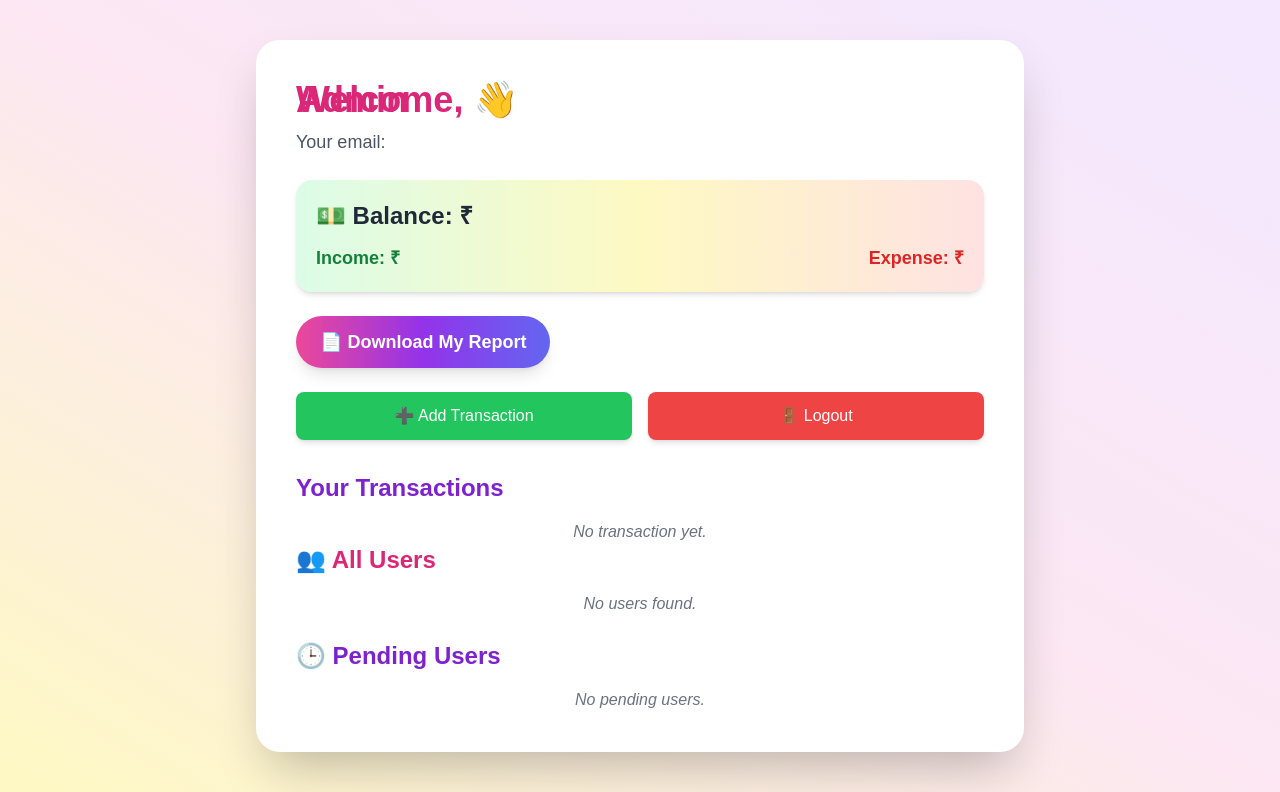
Repository: student-samratojha/ExpenseTrackerApp
Page: views/adminDash.ejs
These files come from the project's save history. The page is drawn as it stood at one moment and after the next save; the edit follows.
The browser window is 1280 px wide. The pictures show the whole page.
Some web libraries are served in a nearby version. The page is served by the project's Node server (app.js). Other server files are loaded and not shown. The template is opened directly, without the code that normally fills it, so the values that code supplies are empty.

Above is the page before, as saved 2025-10-15 18:10:28.

### views/adminDash.ejs
<!DOCTYPE html>
<html lang="en">
  <head>
    <meta charset="UTF-8" />
    <meta name="viewport" content="width=device-width, initial-scale=1" />
    <title>Admin - Expense Tracker</title>
    <script src="https://cdn.tailwindcss.com"></script>
    <style>
      body {
        font-family: "Play", sans-serif;
      }
    </style>
  </head>

  <body
    class="bg-gradient-to-tr from-yellow-100 via-pink-100 to-purple-100 min-h-screen px-4 py-10"
  >
    <!-- Main Container -->
    <div
      class="max-w-full sm:max-w-xl md:max-w-3xl mx-auto bg-white rounded-3xl shadow-2xl p-6 sm:p-8 md:p-10"
    >
    <h2 class="text-3xl sm:text-4xl absolute top- font-bold text-pink-600 mb-2">Admin</h2>
      <!-- Greeting -->
      <h2 class="text-3xl sm:text-4xl font-bold text-pink-600 mb-2">
        Welcome, <%= admin.userName %> 👋
      </h2>
      <p class="text-gray-600 mb-6 text-base sm:text-lg">
        Your email:
        <span class="text-purple-600 font-medium"><%= admin.email %></span>
      </p>

      <!-- Balance Summary -->
      <div
        class="bg-gradient-to-r from-green-100 via-yellow-100 to-red-100 p-5 rounded-2xl shadow-md mb-6"
      >
        <h3
          class="text-xl sm:text-2xl font-bold text-gray-800 flex items-center gap-2"
        >
          💵 Balance: ₹<%= total %>
        </h3>
        <div
          class="flex flex-col sm:flex-row justify-between mt-3 gap-2 sm:gap-0"
        >
          <p class="text-green-700 font-semibold text-base sm:text-lg">
            Income: ₹<%= income %>
          </p>
          <p class="text-red-600 font-semibold text-base sm:text-lg">
            Expense: ₹<%= expense %>
          </p>
        </div>
      </div>

      <!-- Report Button -->
      <div class="mb-6">
        <a
          href="/download"
          target="_blank"
          class="inline-block w-full sm:w-auto text-center px-6 py-3 bg-gradient-to-r from-pink-500 via-purple-600 to-indigo-500 text-white text-lg font-bold rounded-full shadow-lg hover:from-pink-600 hover:via-purple-700 hover:to-indigo-600 transform hover:scale-105 transition-all duration-300"
        >
          📄 Download My Report
        </a>
      </div>

      <!-- Action Buttons -->
      <div class="flex flex-col sm:flex-row justify-between gap-4 mb-8">
        <a
          href="/add"
          class="bg-green-500 hover:bg-green-600 text-white px-6 py-3 rounded-lg text-center text-sm sm:text-base shadow-md font-medium transition duration-200 flex-1"
        >
          ➕ Add Transaction
        </a>
        <a
          href="/logout"
          class="bg-red-500 hover:bg-red-600 text-white px-6 py-3 rounded-lg text-center text-sm sm:text-base shadow-md font-medium transition duration-200 flex-1"
        >
          🚪 Logout
        </a>
      </div>

      <!-- Transaction History -->
      <h3 class="text-xl sm:text-2xl font-semibold text-purple-700 mb-4">
        Your Transactions
      </h3>

      <% if (transaction.length === 0) { %>
      <p class="text-gray-500 text-center italic">No transaction yet.</p>
      <% } else { %>
      <ul class="space-y-4 max-h-[320px] overflow-y-auto mb-10">
        <% transaction.forEach(function(txn) { %>
        <li
          class="flex justify-between items-center bg-gray-50 p-3 sm:p-4 rounded-xl shadow hover:shadow-md transition"
        >
          <div>
            <p class="font-semibold text-gray-800 text-sm sm:text-base">
              ₹<%= txn.amount %> - <%= txn.type %> - <%= txn.category %>
            </p>
            <p class="text-xs sm:text-sm text-gray-500">
              <%= txn.date.toDateString() %>
            </p>
          </div>
          <form action="/delete/<%= txn._id %>" method="POST" class="ml-4">
            <button
              type="submit"
              class="text-red-500 hover:text-red-700 text-lg sm:text-xl font-bold"
              aria-label="Delete transaction"
            >
              🗑️
            </button>
          </form>
        </li>
        <% }); %>
      </ul>
      <% } %>

      <!-- All Users Section -->
      <h3 class="text-xl sm:text-2xl font-semibold text-pink-600 mb-4">
        👥 All Users
      </h3>
      <% if (users.length === 0) { %>
      <p class="text-gray-500 text-center italic mb-6">No users found.</p>
      <% } else { %>
      <ul class="space-y-4 max-h-[300px] overflow-y-auto mb-10">
        <% users.forEach(function(user) { %>
        <li
          class="flex justify-between items-center bg-gray-50 p-3 sm:p-4 rounded-xl shadow hover:shadow-md transition"
        >
          <div>
            <p class="font-semibold text-gray-800 text-sm sm:text-base">
              👤 <%= user.userName %>
            </p>
            <p class="text-xs sm:text-sm text-gray-500"><%= user.email %></p>
          </div>
          <form action="/deleteUser/<%= user._id %>" method="POST" class="ml-4">
            <button
              type="submit"
              class="text-red-500 hover:text-red-700 text-lg sm:text-xl font-bold"
              aria-label="Delete user"
            >
              🗑️
            </button>
          </form>
        </li>
        <% }); %>
      </ul>
      <% } %>

      <!-- Pending Users Section -->
      <h3 class="text-xl sm:text-2xl font-semibold text-purple-700 mb-4">
        🕒 Pending Users
      </h3>
      <% if (pending.length === 0) { %>
      <p class="text-gray-500 text-center italic">No pending users.</p>
      <% } else { %>
      <ul class="space-y-4 max-h-[300px] overflow-y-auto">
        <% pending.forEach(function(p) { %>
        <li
          class="flex justify-between items-center bg-gray-50 p-3 sm:p-4 rounded-xl shadow hover:shadow-md transition"
        >
          <div>
            <p class="font-semibold text-gray-800 text-sm sm:text-base">
              🕒 <%= p.userName %>
            </p>
            <p class="text-xs sm:text-sm text-gray-500"><%= p.email %></p>
          </div>
          <div class="flex gap-2 ml-4">
            <form action="/approve/<%= p._id %>" method="POST">
              <button
                type="submit"
                class="bg-green-500 hover:bg-green-600 text-white px-3 py-1 rounded-lg text-sm shadow-md transition"
              >
                ✅ Approve
              </button>
            </form>
            <form action="/reject/<%= p._id %>" method="POST">
              <button
                type="submit"
                class="bg-red-500 hover:bg-red-600 text-white px-3 py-1 rounded-lg text-sm shadow-md transition"
              >
                ❌ Reject
              </button>
            </form>
          </div>
        </li>
        <% }); %>
      </ul>
      <% } %>
    </div>
  </body>
</html>

### app.js
const express = require("express");
const app = express();
const mongoose = require("mongoose");
const path = require("path");
const cookieParser = require("cookie-parser");
require("dotenv").config();
const LoginRoute = require("./Routes/LoginRoute");
const RegisterRoute = require("./Routes/RegisterRoute");
const DashRoute = require("./Routes/DashRoute");
const AddRoute = require("./Routes/AddRoute");
const DownloadRoute = require("./Routes/DownloadRoute");

app.use(express.json());
app.use(express.urlencoded({ extended: true }));
app.use(cookieParser());
app.use(express.static(path.join(__dirname, "public")));
app.set("view engine", "ejs");

mongoose
  .connect(process.env.MONGODB_URL)
  .then(() => {
    console.log("MongoDB connected");
  })
  .catch((err) => {
    console.log("error", err);
  });

app.use(LoginRoute);
app.use(RegisterRoute);
app.use(DashRoute);
app.use(AddRoute);
app.use(DownloadRoute);
app.listen(3000, () => {
  console.log("app is running on http://localhost:3000");
});

After the next save:
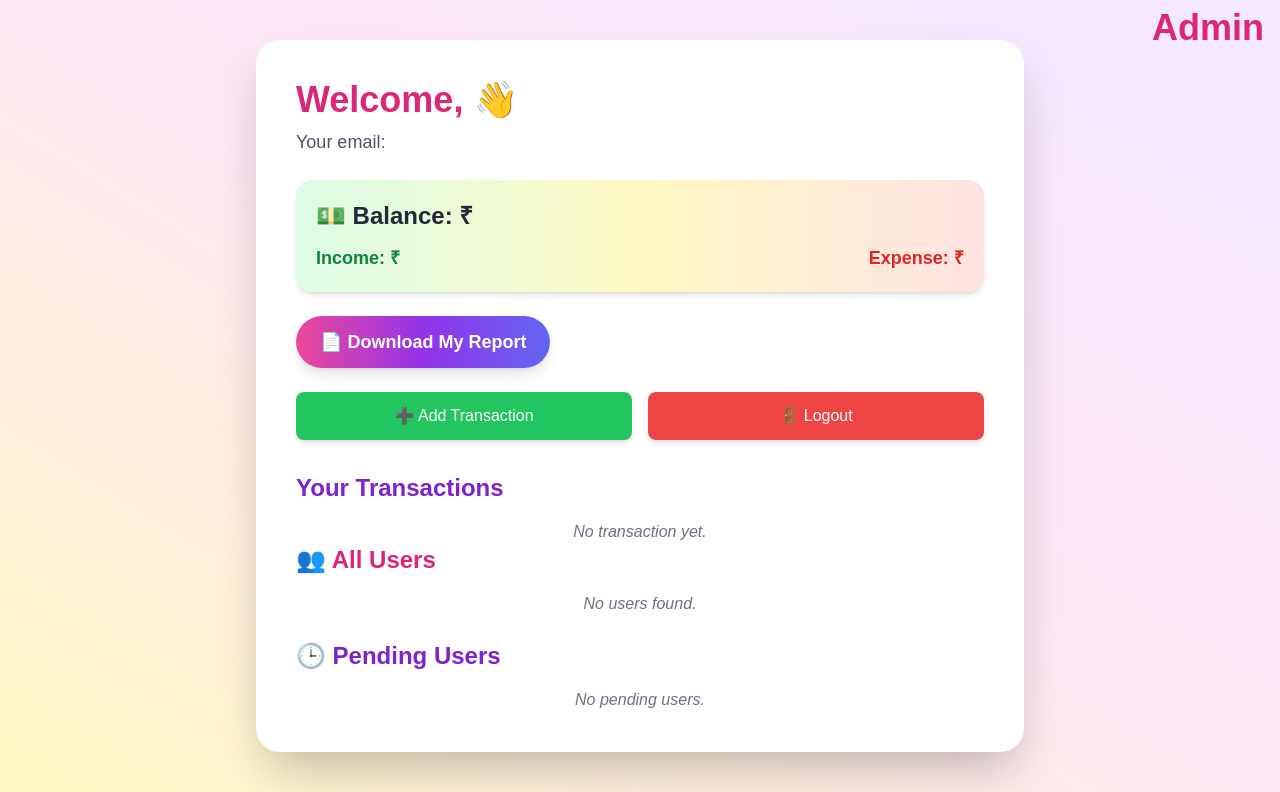
Saved 6 s later.
--- a/views/adminDash.ejs
+++ b/views/adminDash.ejs
@@ -19,7 +19,7 @@
     <div
       class="max-w-full sm:max-w-xl md:max-w-3xl mx-auto bg-white rounded-3xl shadow-2xl p-6 sm:p-8 md:p-10"
     >
-    <h2 class="text-3xl sm:text-4xl absolute top- font-bold text-pink-600 mb-2">Admin</h2>
+    <h2 class="text-3xl sm:text-4xl absolute top-2 right-4 font-bold text-pink-600 mb-2">Admin</h2>
       <!-- Greeting -->
       <h2 class="text-3xl sm:text-4xl font-bold text-pink-600 mb-2">
         Welcome, <%= admin.userName %> 👋
